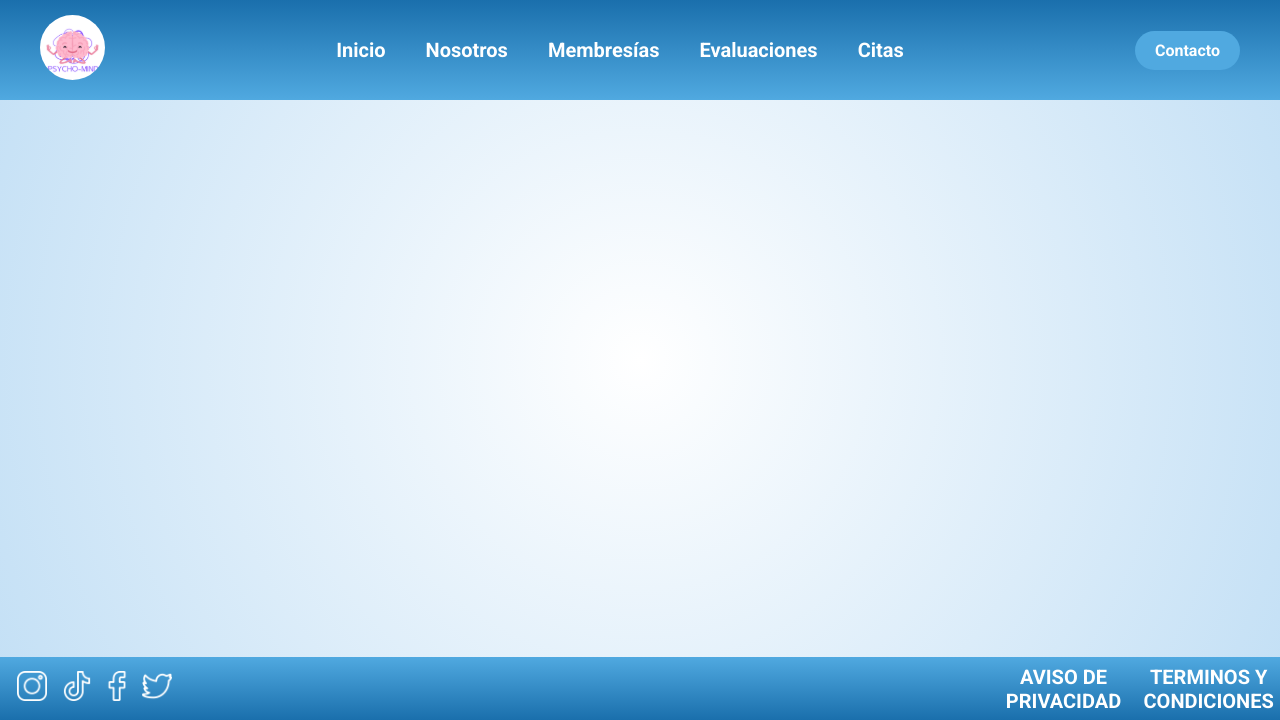
Repository: ChristianAvilesS/PsychoMind
Page: public/contenidoEducativo.html
An editor plug-in stored every save of this project. The page is shown before and after the next save, followed by the edit.
The browser window is 1280 px wide. The pictures show the whole page.
Some web fonts or font styles are not loaded; a fallback is used. Some web libraries are served in a nearby version.

Above is the page before, as saved 2025-04-20 17:38:47.

After the next save:
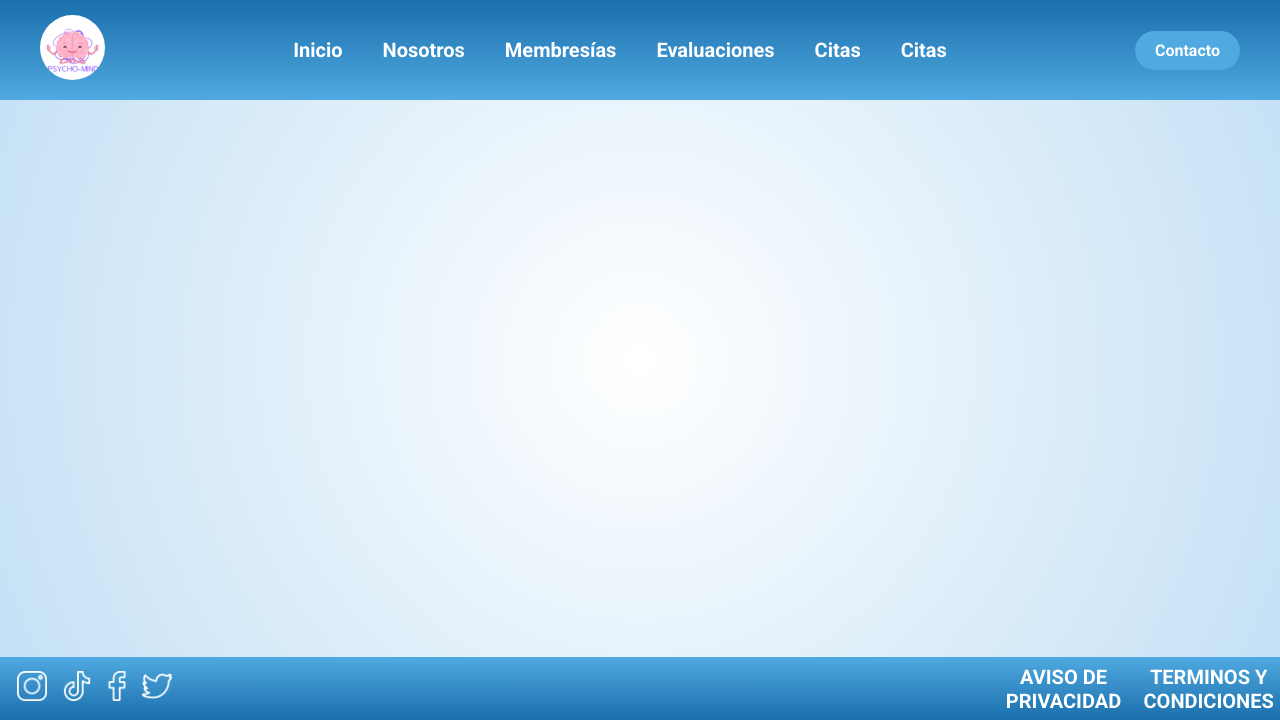
Saved 37 s later.
--- a/public/contenidoEducativo.html
+++ b/public/contenidoEducativo.html
@@ -26,6 +26,7 @@
                     <li><a href="membresias.html" class="var-link">Membresías</a></li>
                     <li><a href="evaluaciones.html" class="var-link">Evaluaciones</a></li>
                     <li><a href="citas.html" class="var-link">Citas</a></li>
+                    <li><a href="contenidoEducativo.html" class="var-link">Citas</a></li>
                 </ul>
                 <a href="contacto.html" class="action_btn var-link">Contacto</a>
                 <div class="toggle_btn">
@@ -38,6 +39,7 @@
                 <li><a href="membresias.html" class="var-link">Membresías</a></li>
                 <li><a href="evaluaciones.html" class="var-link">Evaluaciones</a></li>
                 <li><a href="citas.html" class="var-link">Citas</a></li>
+                <li><a href="contenidoEducativo.html" class="var-link">Citas</a></li>
                 <li><a href="contacto.html" class="action_btn var-link">Contacto</a></li>
             </div>
         </header>
